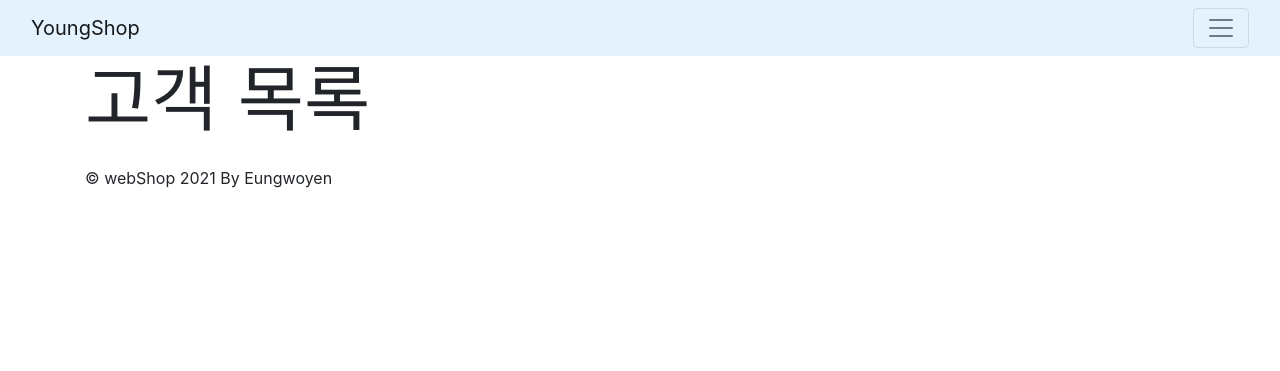
Repository: khss4008/JSP_project
Page: http://localhost/Webshop2/member/listMember.jsp
An editor plug-in stored every save of this project. The page is shown before and after the next save, followed by the edit.
The browser window is 1280 px wide. The pictures show the whole page.
The page is served by Tomcat 9. Other server files are loaded and not shown. Queries for data that is not in the repository find no rows.

Above is the page before, as saved 2021-11-04 05:40:21.
Console error: TypeError: Cannot read properties of undefined (reading 'fn')

### Webshop2/WebContent/member/listMember.jsp
<%@page import="dao.*"%>
<%@page import="java.util.ArrayList"%>
<%@page import="dao.ProductDAO"%>
<%@ page language="java" contentType="text/html; charset=UTF-8"
    pageEncoding="UTF-8"%>
<!DOCTYPE html>
<html>
<head>
<meta charset="UTF-8">
<title>ITEMS</title>
<link rel="stylesheet" href="https://stackpath.bootstrapcdn.com/bootstrap/4.3.1/css/bootstrap.min.css" integrity="sha384-ggOyR0iXCbMQv3Xipma34MD+dH/1fQ784/j6cY/iJTQUOhcWr7x9JvoRxT2MZw1T" crossorigin="anonymous">
</head>
<body>
	<jsp:include page = "../header.jsp" />

	<%
		ArrayList<MemberObj> members = (new MemberDAO()).getList();
	%>

		<div class = "container">
			<h1 class = "display-3">고객 목록</h1>
		</div>

		<div>
			<div class = "container">
				<div class = "row" align = "center">
					<%
						for (MemberObj member : members) {

					%>

					<%=member.getCid() %>
					<%=member.getCname() %>
					<%=member.getCemail() %>
					<%=member.getCphone() %>

					<p><a href = "" class = "btn btn-secondary" role = "button">상세정보</a>

				<% } %>
</p>
</div>
</div>

	<jsp:include page = "../footer.jsp" />



</body>
</html>

### Webshop2/WebContent/header.jsp
<%@ page language="java" contentType="text/html; charset=UTF-8"
    pageEncoding="UTF-8"%>

<link rel="stylesheet" href="https://stackpath.bootstrapcdn.com/bootstrap/4.3.1/css/bootstrap.min.css" integrity="sha384-ggOyR0iXCbMQv3Xipma34MD+dH/1fQ784/j6cY/iJTQUOhcWr7x9JvoRxT2MZw1T" crossorigin="anonymous">
<script src="https://stackpath.bootstrapcdn.com/bootstrap/4.3.1/js/bootstrap.min.js" integrity="sha384-JjSmVgyd0p3pXB1rRibZUAYoIIy6OrQ6VrjIEaFf/nJGzIxFDsf4x0xIM+B07jRM" crossorigin="anonymous"></script>


<nav class="navbar navbar-light" style="background-color: #e3f2fd;">
  <div class="container-fluid">
    <a class="navbar-brand" href="/">YoungShop</a>
    <button class="navbar-toggler" type="button" data-bs-toggle="collapse" data-bs-target="#navbarNavDropdown" aria-controls="navbarNavDropdown" aria-expanded="false" aria-label="Toggle navigation">
      <span class="navbar-toggler-icon"></span>
    </button>
    <div class="collapse navbar-collapse" id="navbarNavDropdown">
      <ul class="navbar-nav">
        <li class="nav-item dropdown">
          <a class="nav-link dropdown-toggle" href="#" id="navbarDropdownMenuLink" role="button" data-bs-toggle="dropdown" aria-expanded="false">
            	게시판
          </a>
          <ul class="dropdown-menu" aria-labelledby="navbarDropdownMenuLink">
            <li><a class="dropdown-item" href="/product/products.jsp">제품목록</a></li>
            <li><a class="dropdown-item" href="#">장바구니</a></li>
          </ul>
        </li>

        <li class="nav-item dropdown">
          <a class="nav-link dropdown-toggle" href="#" id="navbarDropdownMenuLink" role="button" data-bs-toggle="dropdown" aria-expanded="false">
            	회원관리
          </a>
          <ul class="dropdown-menu" aria-labelledby="navbarDropdownMenuLink">
            <li><a class="dropdown-item" href="/member/loginMember.jsp">로그인</a></li>
            <li><a class="dropdown-item" href="#">로그아웃</a></li>
            <li><a class="dropdown-item" href="/member/joinMember.jsp">회원가입</a></li>
            <li><a class="dropdown-item" href="#">회원탈퇴</a></li>
          </ul>
        </li>

        <li class="nav-item dropdown">
          <a class="nav-link dropdown-toggle" href="#" id="navbarDropdownMenuLink" role="button" data-bs-toggle="dropdown" aria-expanded="false">
            	관리자
          </a>
          <ul class="dropdown-menu" aria-labelledby="navbarDropdownMenuLink">
            <li><a class="dropdown-item" href="#">회원관리</a></li>

          </ul>
        </li>

      </ul>
    </div>
  </div>
</nav>

<script src="https://cdn.jsdelivr.net/npm/bootstrap@5.1.3/dist/js/bootstrap.bundle.min.js" integrity="sha384-ka7Sk0Gln4gmtz2MlQnikT1wXgYsOg+OMhuP+IlRH9sENBO0LRn5q+8nbTov4+1p" crossorigin="anonymous"></script>

### Webshop2/WebContent/footer.jsp
<footer class = "container">
	<p>&copy; webShop 2021 By Eungwoyen
</footer>

### Webshop2/src/dao/MemberDAO.java
package dao;

import java.sql.Connection;
import java.sql.PreparedStatement;
import java.sql.ResultSet;
import java.sql.SQLException;
import java.time.LocalDate;
import java.util.ArrayList;

import javax.naming.NamingException;

import util.ConnectionPool;

public class MemberDAO {



	public int login(String cid, String cpassword) throws NamingException, SQLException{

		Connection conn = null;
		PreparedStatement stmt = null;
		ResultSet rs = null;

		try {
			String sql = "SELECT cid, cpassword FROM member WHERE cid = ?";
			conn = ConnectionPool.get();
			stmt = conn.prepareStatement(sql);
				stmt.setString(1, cid);
			rs = stmt.executeQuery();
			if(!rs.next()) return 1;
			if(!cpassword.equals(rs.getString("cpassword"))) return 2;

			return 0;
		} finally {
			if(rs != null) rs.close();
			if(conn != null) conn.close();
			if(stmt != null) stmt.close();
		}

	}

public int join(String cid, String cpass, String cname, String cgender, String cbirth,
		String cemail, String cphone, String caddress) throws NamingException, SQLException{

		Connection conn = null;
		PreparedStatement stmt = null;


		try {
			String sql = "INSERT INTO member (cid, cpassword, cname, cgender, cbirth, cemail, cphone, caddress, cregiday)"
					+" VALUES (?,?,?,?,?,?,?,?,?)";
			conn = ConnectionPool.get();
			stmt = conn.prepareStatement(sql);
			stmt.setString(1, cid);
			stmt.setString(2, cpass);
			stmt.setString(3, cname);
			stmt.setString(4, cgender);
			stmt.setString(5, cbirth);
			stmt.setString(6, cemail);
			stmt.setString(7, cphone);
			stmt.setString(8, caddress);
			stmt.setString(9, LocalDate.now().toString());
			int count = stmt.executeUpdate(); //return이 1이면 데이터 나온거 2이면 아무것도 안된거

			return (count == 1) ? 1 : 2;

		} finally {
			if(conn != null) conn.close();
			if(stmt != null) stmt.close();
		}

	}

	public ArrayList<MemberObj> getList() throws NamingException, SQLException{

		Connection conn = null;
		PreparedStatement stmt = null;
		ResultSet rs = null;

		try {
			String sql = "SELECT * FROM member";

			conn = ConnectionPool.get();
			stmt = conn.prepareStatement(sql);
			rs = stmt.executeQuery();

			ArrayList<MemberObj> members = new ArrayList<MemberObj>();

			while(rs.next()) {
				members.add(new MemberObj(rs.getString("cid"),rs.getString("cpassword"),rs.getString("cname")
						,rs.getString("cgender"),rs.getString("cbirth"),
						rs.getString("cemail"),rs.getString("cphone")
						,rs.getString("caddress"),rs.getString("cregiday")));
			} return members;

		} finally {
			if(rs != null) rs.close();
			if(stmt != null) stmt.close();
			if(conn != null) conn.close();
		}
	}



}

### Webshop2/src/util/ConnectionPool.java
package util;

import java.sql.*;
import javax.naming.*;
import javax.sql.DataSource;

public class ConnectionPool {
	private static DataSource _ds = null;

	public static Connection get() throws NamingException, SQLException {
		if (_ds == null ) {
			_ds = (DataSource) (new InitialContext()).lookup("java:comp/env/jdbc/webshop");
		}
		return _ds.getConnection();
	}
}

After the next save:
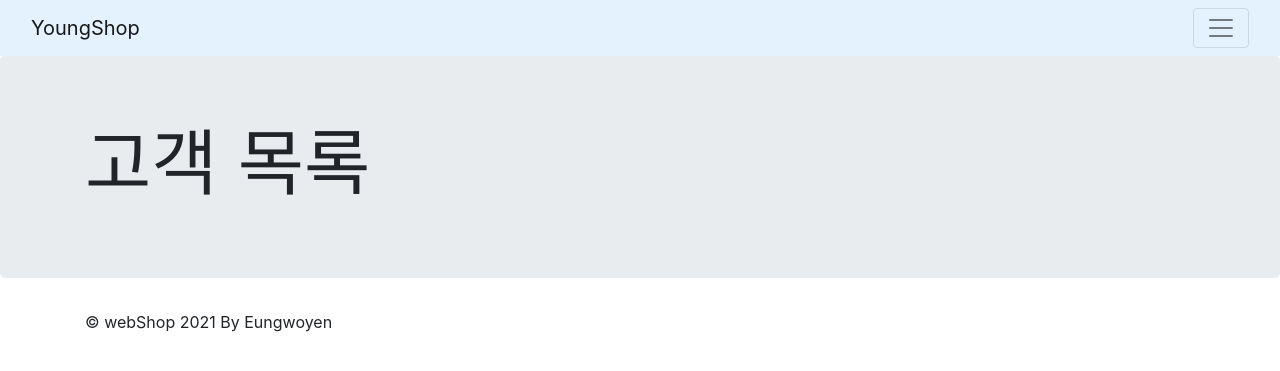
Saved 52 s later.
--- a/Webshop2/WebContent/member/listMember.jsp
+++ b/Webshop2/WebContent/member/listMember.jsp
@@ -1,49 +1,41 @@
 <%@page import="dao.*"%>
 <%@page import="java.util.ArrayList"%>
-<%@page import="dao.ProductDAO"%>
 <%@ page language="java" contentType="text/html; charset=UTF-8"
     pageEncoding="UTF-8"%>
 <!DOCTYPE html>
 <html>
 <head>
 <meta charset="UTF-8">
-<title>ITEMS</title>
-<link rel="stylesheet" href="https://stackpath.bootstrapcdn.com/bootstrap/4.3.1/css/bootstrap.min.css" integrity="sha384-ggOyR0iXCbMQv3Xipma34MD+dH/1fQ784/j6cY/iJTQUOhcWr7x9JvoRxT2MZw1T" crossorigin="anonymous">
+<title>Insert title here</title>
 </head>
 <body>
-	<jsp:include page = "../header.jsp" />
+   <jsp:include page = "../header.jsp" />
 
-	<%
-		ArrayList<MemberObj> members = (new MemberDAO()).getList();
-	%>
+   <%
+      ArrayList<MemberObj> members = (new MemberDAO()).getList();
+   %>
+   <div class="jumbotron">
+      <div class="container">
+         <h1 class="display-3">고객 목록</h1>
+      </div>
+   </div>
 
-		<div class = "container">
-			<h1 class = "display-3">고객 목록</h1>
-		</div>
+      <div class = "container">
+         <div class="row" align="center">
+            <%
+               for (MemberObj member : members) {
+            %>
 
-		<div>
-			<div class = "container">
-				<div class = "row" align = "center">
-					<%
-						for (MemberObj member : members) {
+            <%=member.getCid() %>
+            <%=member.getCname() %>
+            <%=member.getCemail() %>
+            <%=member.getCphone() %>
+            <a href="" class="btn btn-secondary" role="button">상세정보 &raquo;</a>
 
-					%>
-
-					<%=member.getCid() %>
-					<%=member.getCname() %>
-					<%=member.getCemail() %>
-					<%=member.getCphone() %>
-
-					<p><a href = "" class = "btn btn-secondary" role = "button">상세정보</a>
-
-				<% } %>
-</p>
+         <%} %>
 </div>
 </div>
 
-	<jsp:include page = "../footer.jsp" />
-
-
-
+   <jsp:include page = "../footer.jsp" />
 </body>
 </html>
